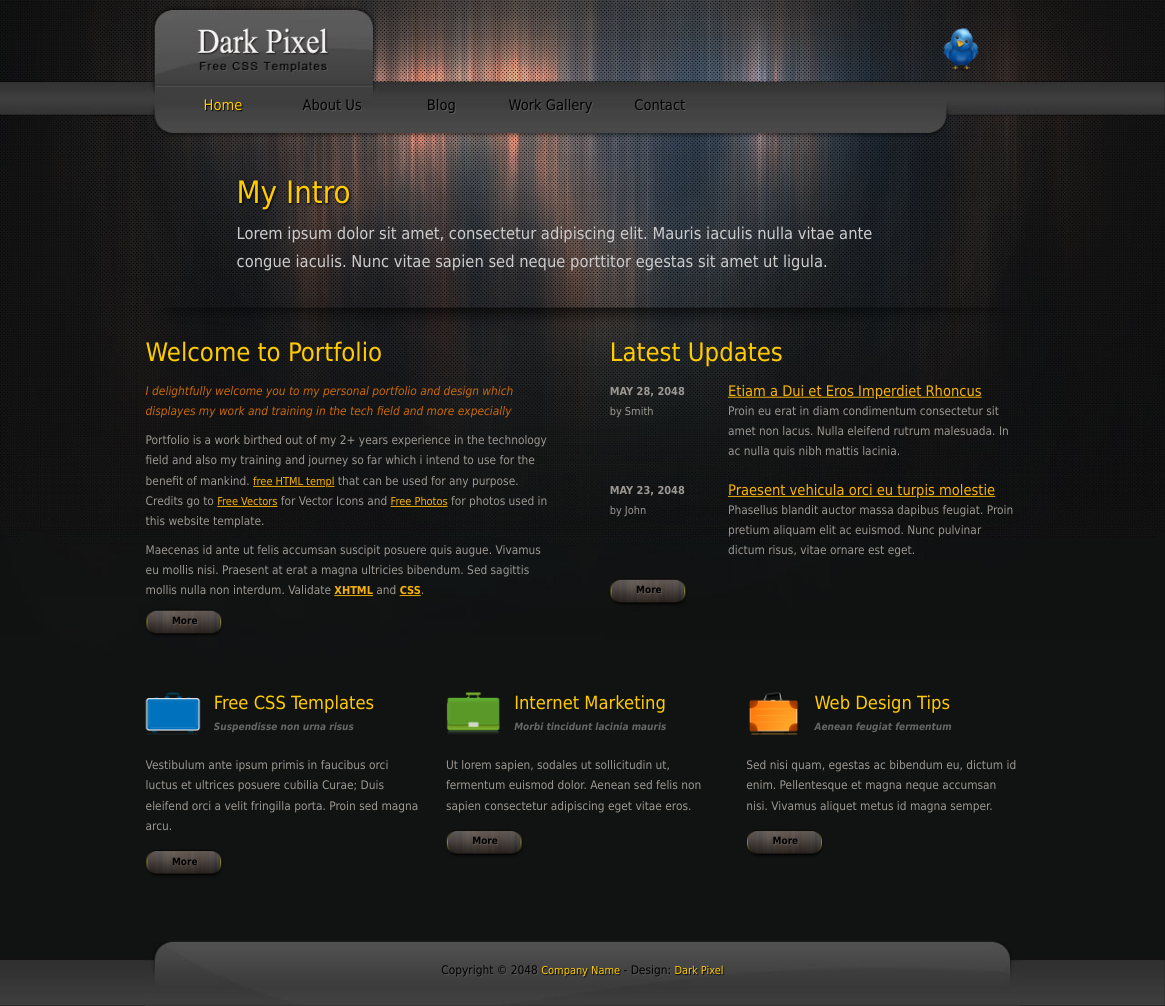
Repository: xenacode-art/Portfolio
Page: 2020_dark_pixel/index.html
The author's editor kept a copy of each file at every save. The page is drawn from the files as they stood at one save, then again after the next save.
The browser window is 1280 px wide. The pictures show the whole page, at 91% of full size.
Pictures or frames that could not be fetched are drawn as grey boxes.

Above is the page before, as saved 2022-03-07 21:54:13.

### 2020_dark_pixel/index.html
<!DOCTYPE html PUBLIC "-//W3C//DTD XHTML 1.0 Transitional//EN" "http://www.w3.org/TR/xhtml1/DTD/xhtml1-transitional.dtd">
<html xmlns="http://www.w3.org/1999/xhtml">
<head>
<meta http-equiv="Content-Type" content="text/html; charset=utf-8" />
<!--
	Template 2020 Dark Pixel
    http://www.tooplate.com/view/2020-dark-pixel
-->
<title>Dark</title>
<meta name="keywords" content="" />
<meta name="description" content="" />
<link href="tooplate_style.css" rel="stylesheet" type="text/css" />
</head>
<body>

<div id="tooplate_wrapper">

    <div id="tooplate_header">

    	<div id="site_title"><h1><a href="#">Dark</a></h1></div>
        <div id="twitter"><a href="#"></a></div>

        <div id="tooplate_menu">
            <ul>
                <li><a href="index.html" class="current">Home</a></li>
                <li><a href="about.html">About Us</a></li>
                <li><a href="blog.html">Blog</a></li>
                <li><a href="gallery.html">Work Gallery</a></li>
                <li class="last"><a href="contact.html">Contact</a></li>
            </ul>
        </div> <!-- end of tooplate_menu -->

    </div> <!-- end of header -->

    <div id="tooplate_middle">
    	<div id="mid_title">
        	My Intro
        </div>
        <p>Lorem ipsum dolor sit amet, consectetur adipiscing elit. Mauris iaculis nulla vitae ante congue iaculis. Nunc vitae sapien sed neque porttitor egestas sit amet ut ligula.</p>
    </div> <!-- end of middle -->

    <div id="tooplate_main">

            <div class="col_w960">

            	<div class="col_w450 lp_box float_l">
                    <h2>Welcome to Portfolio</h2>
                    <p><em> I delightfully welcome you to my personal portfolio and design which displayes my work and training in the tech field and more expecially </em></p>
                    <p>Portfolio is a work birthed  out of my 2+ years experience in the technology field and also my training and journey so far which i intend to use for the benefit of mankind. <a rel="nofollow" href="http://www.tooplate.com">free HTML templ</a> that can be used for any purpose. Credits go to <a rel="nofollow" href="http://www.vectorvaco.com">Free Vectors</a> for Vector Icons and <a rel="nofollow" href="http://www.photovaco.com">Free Photos</a> for photos used in this website template.</p>
                    <p>Maecenas id ante ut felis accumsan suscipit posuere quis augue. Vivamus eu mollis nisi. Praesent at erat a magna ultricies bibendum. Sed sagittis mollis nulla non interdum. Validate <a href="http://validator.w3.org/check?uri=referer" rel="nofollow"><strong>XHTML</strong></a> and <a href="http://jigsaw.w3.org/css-validator/check/referer" rel="nofollow"><strong>CSS</strong></a>.</p>
                    <a class="more" href="#">More</a>
                </div>

                <div class="col_w450 float_r">
                    <h2>Latest Updates</h2>

					<div class="lbe_box">
                        <div class="lbe_date">
                            MAY 28, 2048
                            <span>by Smith</span>
                        </div>

						<div class="lbe_content">
                            <h3><a href="#">Etiam a Dui et Eros Imperdiet Rhoncus</a></h3>
                            <p>Proin eu erat in diam condimentum consectetur sit amet non lacus. Nulla eleifend rutrum malesuada. In ac nulla quis nibh mattis lacinia.</p>
                        </div>
                        <div class="cleaner"></div>
                    </div>

					<div class="lbe_box">
                        <div class="lbe_date">
                            MAY 23, 2048
                            <span>by John</span>
                        </div>

						<div class="lbe_content">
                            <h3><a href="#">Praesent vehicula orci eu turpis molestie</a></h3>
                            <p>Phasellus blandit auctor massa dapibus feugiat. Proin pretium aliquam elit ac euismod. Nunc pulvinar dictum risus, vitae ornare est eget.</p>
                        </div>
                        <div class="cleaner"></div>
                    </div>

					<a class="more" href="#">More</a>
                </div>

                <div class="cleaner"></div>
            </div>

        	<div class="col_w960 col_last">
              <div class="col_allw300 frontpage_box">
                    <img src="images/tooplate_bc_blue.png" alt="Image" />
                    <h2>Free CSS Templates</h2>
                    <span class="tagline">Suspendisse non urna risus</span>
                    <p>Vestibulum ante ipsum primis in faucibus orci luctus et ultrices posuere cubilia Curae; Duis eleifend orci a velit fringilla porta. Proin sed magna arcu.</p>
                    <a class="more" href="#">More</a>
                </div>

				<div class="col_allw300 frontpage_box">
                    <img src="images/tooplate_bc_green.png" alt="Image" />
                    <h2>Internet Marketing</h2>
                    <span class="tagline">Morbi tincidunt lacinia mauris</span>
                    <p>Ut lorem sapien, sodales ut sollicitudin ut, fermentum euismod dolor. Aenean sed felis non sapien consectetur adipiscing eget vitae eros.</p>
                    <a class="more" href="#">More</a>
                </div>

				<div class="col_allw300 frontpage_box col_last">
                    <img src="images/tooplate_bc_orange.png" alt="Image" />
                  <h2>Web Design Tips</h2>
                    <span class="tagline">Aenean feugiat fermentum </span>
                  <p>Sed nisi quam, egestas ac bibendum eu, dictum id enim. Pellentesque et magna neque accumsan nisi. Vivamus aliquet metus id magna semper. </p>
                    <a class="more" href="#">More</a>
                </div>
                <div class="cleaner"></div>
            </div>
    </div> <!-- end of main -->

</div> <!-- end of wrapper -->

<div id="tooplate_footer_wrapper">
    <div id="tooplate_footer">

        Copyright © 2048 <a href="#">Company Name</a> - Design: <a href="http://www.tooplate.com/view/2020-dark-pixel">Dark Pixel</a>

    </div>
    <!-- end of tooplate_footer -->
</div>
<!--   Free Website Template by t o o p l a t e . c o m   -->
</body>
</html>

### 2020_dark_pixel/tooplate_style.css
/*

Template 2020 Dark Pixel

http://www.tooplate.com/view/2020-dark-pixel

*/

body {
	margin: 0;
	padding: 0;
	color: #9c9893;
	font-family: Tahoma, Geneva, sans-serif;
	font-size: 13px;
	line-height: 1.7em;
	background-color: #111212;
	background-image: url(images/tooplate_body.jpg);
	background-repeat: repeat-x;
	background-position: top center
}

a, a:link, a:visited {
	color: #f9b507;
	font-weight: normal;
	text-decoration: underline;
	font-size: 12px;
}

a:hover {
	text-decoration: none;
}

a.more {
	display: block;
	width: 86px;
	height: 29px;
	padding: 2px 0 0;
	text-align: center;
	text-decoration: none;
	font-weight: 700;
	font-size: 11px;
	background: url(images/tooplate_more.png)  no-repeat top center;
	color: #000;
	text-shadow: 1px 1px 1px #625953
}

a.more:hover {
	color: #fff;
	text-shadow: 1px 1px 1px #000
}

p { margin: 0 0 10px 0; padding: 0; }
img { border: none; }
blockquote { font-style: italic; margin: 0 0 0 10px;}
cite { font-weight: bold; color:#fff; }
cite span { color: #fff; }
em { color: #c8690a; }

h1, h2, h3, h4, h5, h6 { color: #ffcc00; font-weight: normal; }
h1 { font-size: 34px; margin: 0 0 20px; padding: 5px 0 }
h2 { font-size: 28px; margin: 0 0 15px; padding: 5px 0; }
h3 { font-size: 24px; margin: 0 0 15px; padding: 0; }
h4 { font-size: 18px; margin: 0 0 15px; padding: 0; }
h5 { font-size: 16px; margin: 0 0 10px; padding: 0;  }
h6 { font-size: 14px; margin: 0 0 5px; padding: 0; }

.cleaner { clear: both }
.h10 { height: 10px }
.h20 { height: 20px }
.h30 { height: 30px }
.h40 { height: 40px }
.h50 { height: 50px }
.h60 { height: 60px }

.float_l { float: left }
.float_r { float: right }

.image_wrapper {
	display: inline-block;
	border: 1px solid #414141;
	padding: 4px;
	background: #000;
	margin-bottom: 5px
}

.image_fl {
	float: left;
	margin: 3px 30px 0 0
}

.image_fr {
	float: right;
	margin: 3px 0 0 30px
}

.tooplate_list {
	margin: 20px 0 20px 20px;
	padding: 0;
	list-style: none;
}

.tooplate_list li {
	color:#fff;
	margin: 0;
	padding: 0 0 5px 20px;
	background: url(images/tooplate_list.png) no-repeat scroll 0 5px;
}

.tooplate_list li a {
	color: #fff;
	font-weight: normal;
	font-size: 12px;
	text-decoration: none;
}

.tooplate_list li a:hover {
	text-decoration: underline;
}

#tooplate_wrapper {
	width: 960px;
	margin: 0 auto;
	padding: 0 10px;
	background: url(images/tooplate_body.jpg) top center no-repeat
}

#tooplate_header {
	clear: both;
	width: 940px;
	height: 130px;
	padding: 10px;
	background: url(images/tooplate_header.jpg) top center no-repeat
}

#site_title {
	float: left;
	width: 240px;
	height: 55px;
	margin: 20px auto;
}

#site_title h1 {
	margin: 0;
	padding: 0;
}

#site_title h1 a {
	display: block;
	width: 240px;
	height: 60px;
	color: #fff;
	outline: none;
	text-indent: -10000px;
	background: url(images/tooplate_logo.png) no-repeat top center
}

#twitter a{
	float: right;
	font-weight: normal;
	display: block;
	padding: 25px 55px 25px 0;
	margin: 20px 30px 0 0;
	color: #000;
	font-size: 18px;
	background: url(images/twitter.png)  no-repeat right center
}

/* menu */

#tooplate_menu {
	clear: both;
	width: 910px;
	padding: 0 15px;
	background: url(images/tooplate_menu.png)
}

#tooplate_menu ul {
	margin: 0 auto;
	padding: 0;
	list-style: none;
}

#tooplate_menu ul li {
	padding: 0;
	margin: 0;
	display: inline;
}

#tooplate_menu ul .last { background: none }

#tooplate_menu ul li a {
	float: left;
	display: block;
	width: 120px;
	padding: 0;
	font-size: 16px;
	color: #000;
	text-shadow: 1px 1px 1px #5f5f5f;
	text-align: center;
	text-decoration: none;
	font-weight: 400;
	outline: none;
	border: none;
}

#tooplate_menu ul li a:hover, #tooplate_menu ul .current {
	color: #ffcc00;
	text-shadow: 1px 1px 1px #000
}

/* end of menu */

#tooplate_middle {
	clear: both;
	width: 760px;
	padding: 50px 100px 60px;
	overflow: hidden;
	background: url(images/tooplate_mid_divider.png) bottom center no-repeat
}

#mid_title {
	font-size: 34px;
	font-weight: 400;
	color: #ffcc00;
	margin-bottom: 20px;
	text-shadow: 1px 1px 3px #000
}

#tooplate_middle p {
	width: 700px;
	font-size: 18px;
	color: #ccc;
	line-height: 30px;
}

/* main */

#tooplate_main {
	clear: both;
	width: 960px;
	padding: 0 0 40px;
	margin: 0;
}

.col_w960 { width: 960px; margin-bottom: 60px }
.col_w600 { width: 600px }
.col_w450 { width: 450px }
.col_w300 { width: 300px }
.col_w200 { width: 200px }
.col_allw300 { float: left; width: 300px; margin-right: 30px }
.col_last { margin: 0 }

.frontpage_box h2 {
	font-size: 20px;
	padding: 0;
	margin-bottom: 5px;
	color: #ffcc00;
}

.frontpage_box img {
	float: left; margin-right: 15px;
}

.frontpage_box a.more {
	margin-top: 15px;
}

.tagline {
	display: block;
	font-size: 11px;
	font-weight: bold;
	font-style: italic;
	color: #666;
	margin-bottom: 20px
}

.lp_frontpage {
	margin: 0;
	padding: 0;
	list-style: none
}

.lp_frontpage li {
	margin: 0;
	padding: 0;
	display: inline
}

.lp_frontpage li a {
	float: left;
	display: block;
	width: 200px;
	height: 100px;
	margin: 0 10px 10px 0
}

.lp_frontpage li a img {
	width: 190px;
	height: 90px;
	border: 1px solid #203252;
	padding: 4px;
}

.sb_lp_box { clear: both; margin-bottom: 20px }
.sb_lp_box img { width: 280px; height: 140px; padding: 9px; border: 1px solid #ccc }


#gallery {
	margin: 0;
	padding: 0
}

#gallery .gallery_box {
	clear: both;
	margin-bottom: 30px;
	padding-bottom: 30px;
	background: url(../images/tooplate_hr_divider.png) bottom repeat-x
}

#gallery .gallery_box img {
	float: left;
	width: 420px;
	height: 200px;
	border: 1px solid #ccc;
	padding: 9px;
	margin-right: 40px;
	background: #fff
}

#gallery .last_box {
	margin-bottom: 0;
	padding-bottom: 0;
	background: none
}

.news_box { margin-bottom: 60px }
.news_box h2 { font-size: 16px; margin-bottom: 0 }
.news_box p.date { color: #000; margin-bottom: 0 }
.news_box img { float: left; width: 100px; height: 100px; border: 5px solid #ccc; margin-right: 20px; }
.news_box a.more { float: right; }

.post_box {
	clear: both;
	margin-bottom: 30px;
	padding-bottom: 30px;
	background: repeat-x bottom;
}

.post_box_date {
	float: left;
	width: 100px;
	font-size: 12px;
	font-weight: bold;
	padding-top:10px;
}

.post_box_date span {
	display: block;
	font-weight: normal;
}

.post_box_content {
	float: right;
	width: 480px
}

.post_box_content img {
	margin-bottom: 10px
}

.post_box h2 {
	font-size: 34px;
	margin-bottom: 20px;
}

.post_box h2 a {
	color: #ffcc00;
	font-size: 34px;
	font-weight: normal;
	line-height: 34px;
	margin-bottom: 20px;
	text-decoration: none
}

.post_box h2 a span {
	font-size: 12px;
	color: #333
}

.post_box p {
	margin-bottom: 0;
}

.post_box p.date {
	font-size: 10px;
	font-weight: 700;
	color: #0e4369
}

.post_box .more {
	clear: both;
	float: right;
	margin-top: 20px;
}

.lbe_box {
	clear: both;
	margin-bottom: 20px;
}

.lbe_date {
	float: left;
	width: 100px;
	font-size: 12px;
	font-weight: bold;
}

.lbe_date span {
	display: block;
	font-weight: normal;
}

.lbe_content {
	float: right;
	width: 320px;
}

.lbe_box h3 {
	font-size: 16px;
	margin-bottom: 0;
}

.lbe_box h3 a {
	color: #f9b507;
	font-size: 16px;
	font-weight: normal;
}

.lbe_box h3 a span {
	font-size: 12px;
	color: #333;
}

.lbe_box p {
	margin-bottom: 0;
}

.lbe_box p.date {
	font-size: 10px;
	font-weight: 700;
	color: #f9b507;
}

#cp_contact_form {
	padding: 0;
	width: 400px
}

#cp_contact_form form {
	margin: 0px;
	padding: 0px;
}

#cp_contact_form form .input_field {
	width: 388px;
	padding: 5px;
	color: #aaa;
	border: 1px solid #3b3a3a;
	background: #1b1a1a;
	font-family: Verdana,Geneva,sans-serif;
    font-size: 12px;
	margin-top: 5px;
}

#cp_contact_form form label {
	display: block;
	width: 220px;
	margin-right: 10px;
	font-size: 13px;
	color: #ccc;
}

#cp_contact_form form textarea {
	width: 388px;
	height: 160px;
	padding: 5px;
	color: #aaa;
	border: 1px solid #3b3a3a;
	background: #1b1a1a;
	font-family: Verdana,Geneva,sans-serif;
    font-size: 12px;
	margin-top: 5px;
}

#cp_contact_form form .submit_btn  {
	margin: 5px 0px;
	padding: 3px 14px;
	font-weight: bold;
	color: #aaa;
	border: 1px solid #3b3a3a;
	background: #1b1a1a;
}

#map img {
	width: 300px;
	height: 200px;
	border: 1px solid #999;
	padding: 5px;
}

#tooplate_footer_wrapper {
	margin-top: 30px;
	clear: both;
	width: 100%;
	background: url(images/tooplate_footer_repeat.jpg) repeat-x top
}

#tooplate_footer {
	clear: both;
	width: 960px;
	height: 30px;
	padding: 20px 14px;
	text-align: center;
	color: #000;
	text-shadow: 1px 1px 1px #585858;
	margin: 0 auto;
	background: url(images/tooplate_footer.jpg) no-repeat top
}

#tooplate_footer a {
	font-weight: normal;
	color: #ffcc00;
	text-decoration: none;
	text-shadow: 1px 1px 1px #000
}

After the next save:
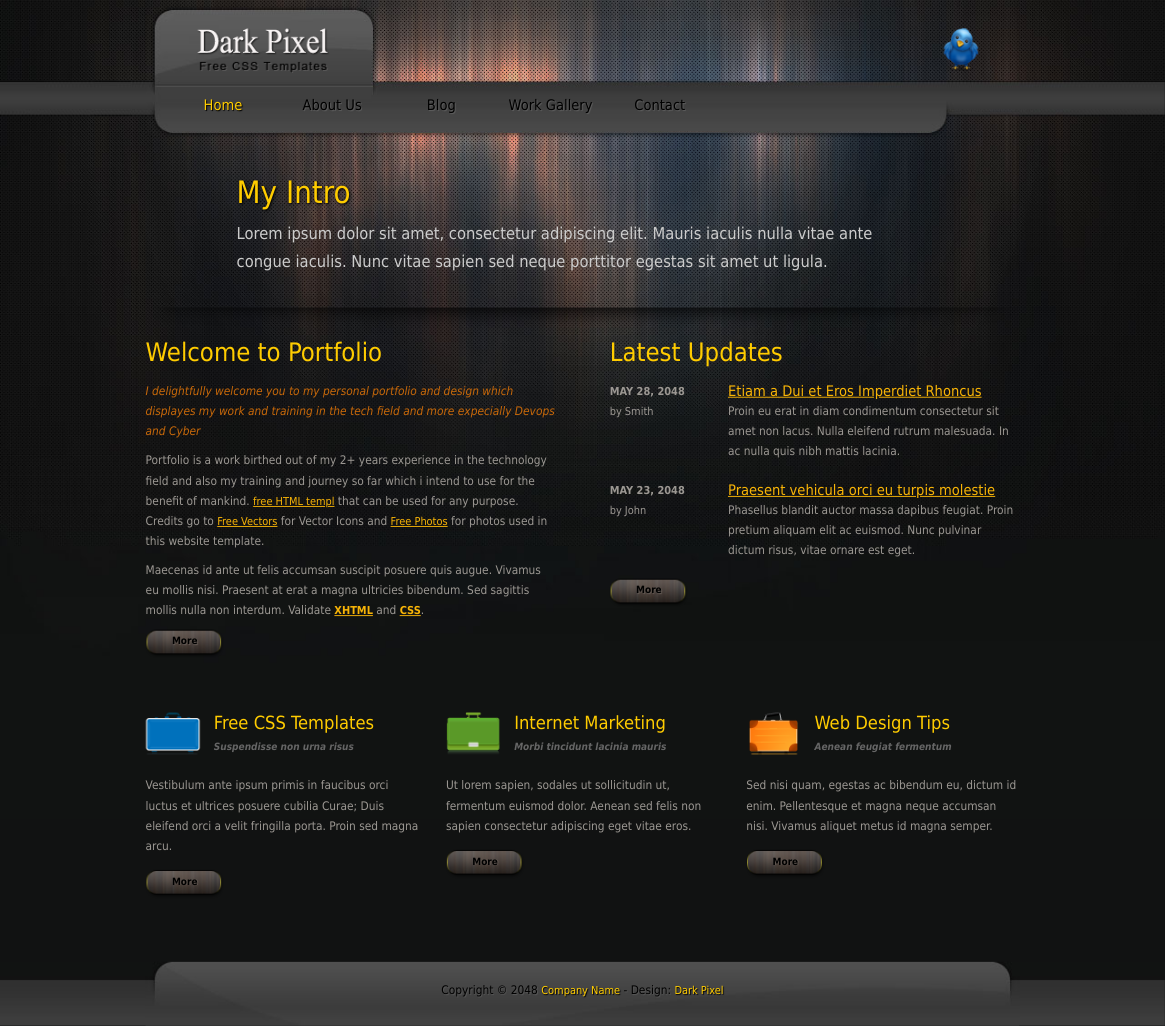
Saved 6 s later.
--- a/2020_dark_pixel/index.html
+++ b/2020_dark_pixel/index.html
@@ -45,7 +45,7 @@
 
             	<div class="col_w450 lp_box float_l">
                     <h2>Welcome to Portfolio</h2>
-                    <p><em> I delightfully welcome you to my personal portfolio and design which displayes my work and training in the tech field and more expecially </em></p>
+                    <p><em> I delightfully welcome you to my personal portfolio and design which displayes my work and training in the tech field and more expecially Devops and Cyber</em></p>
                     <p>Portfolio is a work birthed  out of my 2+ years experience in the technology field and also my training and journey so far which i intend to use for the benefit of mankind. <a rel="nofollow" href="http://www.tooplate.com">free HTML templ</a> that can be used for any purpose. Credits go to <a rel="nofollow" href="http://www.vectorvaco.com">Free Vectors</a> for Vector Icons and <a rel="nofollow" href="http://www.photovaco.com">Free Photos</a> for photos used in this website template.</p>
                     <p>Maecenas id ante ut felis accumsan suscipit posuere quis augue. Vivamus eu mollis nisi. Praesent at erat a magna ultricies bibendum. Sed sagittis mollis nulla non interdum. Validate <a href="http://validator.w3.org/check?uri=referer" rel="nofollow"><strong>XHTML</strong></a> and <a href="http://jigsaw.w3.org/css-validator/check/referer" rel="nofollow"><strong>CSS</strong></a>.</p>
                     <a class="more" href="#">More</a>
